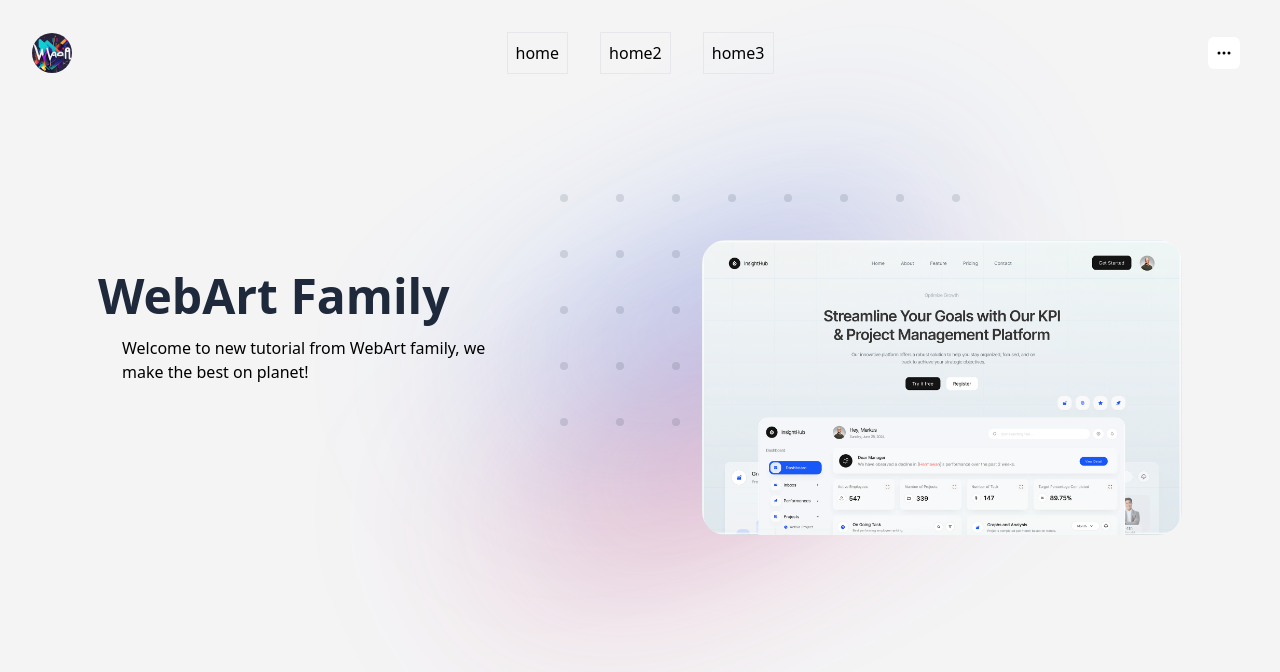
Repository: 30namp/youtube-web-art-code
Page: stunning landing page 1/index.html
An editor plug-in stored every save of this project. The page is shown before and after the next save, followed by the edit.
The browser window is 1280 px wide. The pictures show the whole page.

Above is the page before, as saved 2024-09-26 21:11:40.

After the next save:
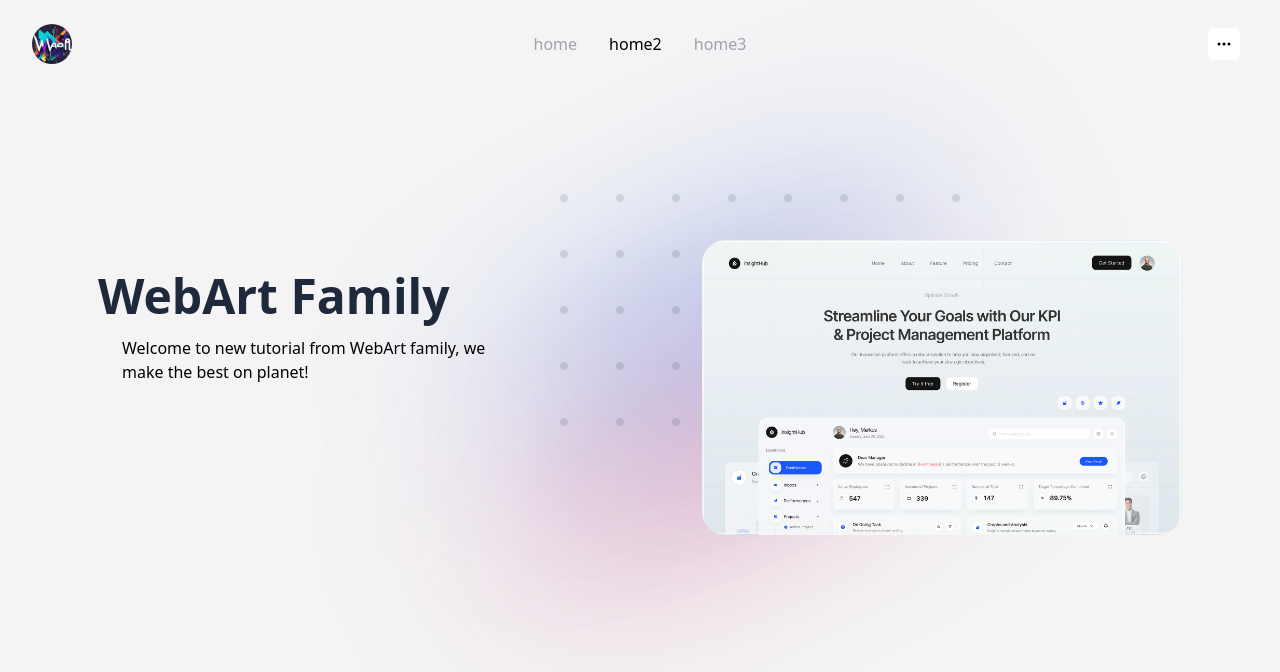
Saved 25 s later.
--- a/stunning landing page 1/index.html
+++ b/stunning landing page 1/index.html
@@ -67,9 +67,9 @@
       </a>
 
       <div class="options flex items-center gap-8">
-        <a class="border p-2" href="#">home</a>
-        <a class="border p-2" href="#">home2</a>
-        <a class="border p-2" href="#">home3</a>
+        <a class="text-zinc-400" href="#">home</a>
+        <a class="" href="#">home2</a>
+        <a class="text-zinc-400" href="#">home3</a>
       </div>
 
       <button class="absolute p-2 bg-white rounded-md right-0 mx-10">
